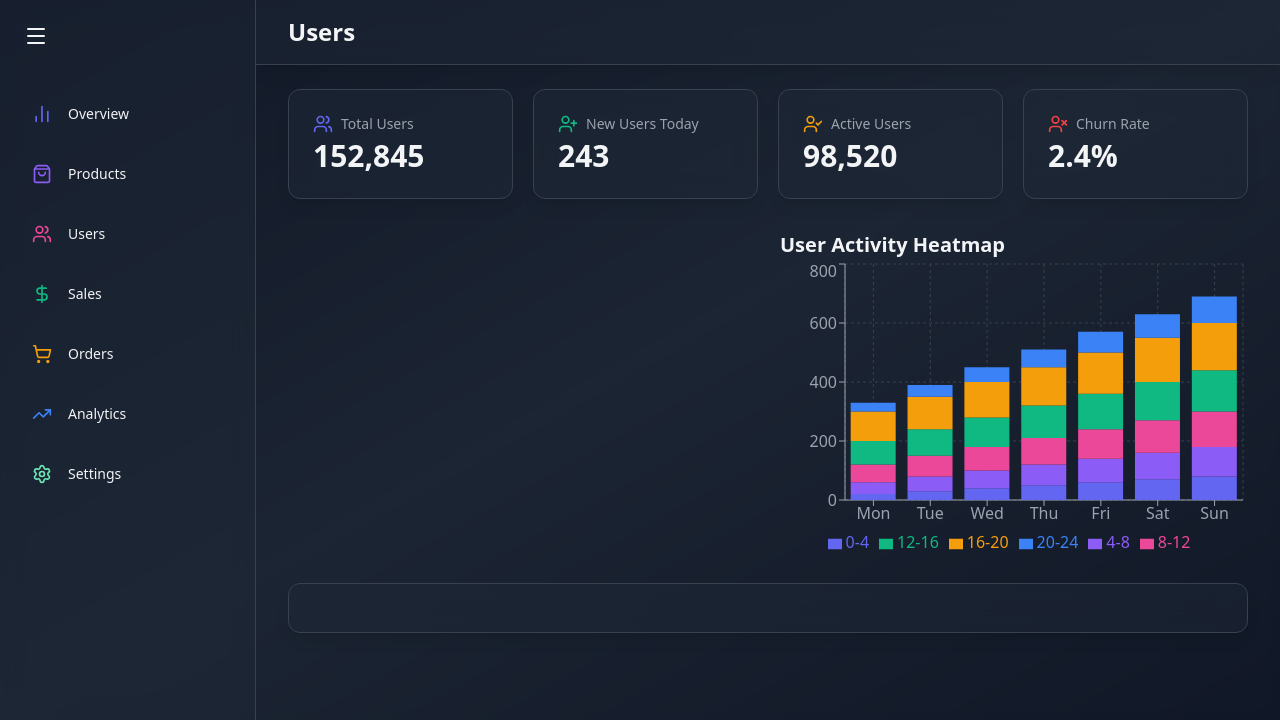
Repository: Abdirabi11/React-dashboard
Page: /users
These files come from the project's save history. The page is drawn as it stood at one moment and after the next save; the edit follows.
The browser window is 1280 px wide. The pictures show the whole page.
An inner scrolling area shows only its first screen. The project was rebuilt for these pictures with package versions that can differ from the ones it lists, and the page was loaded fresh each time. Also part of the build but not shown: vite.config.js, src/components/overview/SalesOverviewChart.jsx, src/components/overview/CategoryDistributionChart.jsx, src/components/overview/SalesChannelChart.jsx, src/pages/OverviewPage.jsx, src/components/products/SalesTrendChart.jsx, src/components/products/ProductsTable.jsx, src/pages/ProductsPage.jsx and 4 more.

Above is the page before, as saved 2025-07-18 21:09:52.

### src/components/common/Sidebar.jsx
import { BarChart2, DollarSign, Menu, Settings, ShoppingBag, ShoppingCart, TrendingUp, Users } from "lucide-react";
import { useState } from "react";
import { AnimatePresence, motion } from "framer-motion";
import { Link } from "react-router-dom";

const SIDEBAR_ITEMS = [
	{
		name: "Overview",
		icon: BarChart2,
		color: "#6366f1",
		href: "/",
	},
	{ name: "Products", icon: ShoppingBag, color: "#8B5CF6", href: "/products" },
	{ name: "Users", icon: Users, color: "#EC4899", href: "/users" },
	{ name: "Sales", icon: DollarSign, color: "#10B981", href: "/sales" },
	{ name: "Orders", icon: ShoppingCart, color: "#F59E0B", href: "/orders" },
	{ name: "Analytics", icon: TrendingUp, color: "#3B82F6", href: "/analytics" },
	{ name: "Settings", icon: Settings, color: "#6EE7B7", href: "/settings" },
];

const Sidebar = () => {
	const [isSidebarOpen, setIsSidebarOpen] = useState(true);

	return (
		<motion.div
			className={`relative z-10 transition-all duration-300 ease-in-out flex-shrink-0 ${
				isSidebarOpen ? "w-64" : "w-20"
			}`}
			animate={{ width: isSidebarOpen ? 256 : 80 }}
		>
			<div className='h-full bg-gray-800 bg-opacity-50 backdrop-blur-md p-4 flex flex-col border-r border-gray-700'>
				<motion.button
					whileHover={{ scale: 1.1 }}
					whileTap={{ scale: 0.9 }}
					onClick={() => setIsSidebarOpen(!isSidebarOpen)}
					className='p-2 rounded-full hover:bg-gray-700 transition-colors max-w-fit'
				>
					<Menu size={24} />
				</motion.button>

				<nav className='mt-8 flex-grow'>
					{SIDEBAR_ITEMS.map((item) => (
						<Link key={item.href} to={item.href}>
							<motion.div className='flex items-center p-4 text-sm font-medium rounded-lg hover:bg-gray-700 transition-colors mb-2'>
								<item.icon size={20} style={{ color: item.color, minWidth: "20px" }} />
								<AnimatePresence>
									{isSidebarOpen && (
										<motion.span
											className='ml-4 whitespace-nowrap'
											initial={{ opacity: 0, width: 0 }}
											animate={{ opacity: 1, width: "auto" }}
											exit={{ opacity: 0, width: 0 }}
											transition={{ duration: 0.2, delay: 0.3 }}
										>
											{item.name}
										</motion.span>
									)}
								</AnimatePresence>
							</motion.div>
						</Link>
					))}
				</nav>
			</div>
		</motion.div>
	);
};
export default Sidebar;

### src/pages/UsersPage.jsx
import { motion } from "framer-motion";
import { UserCheck, UserPlus, UsersIcon, UserX } from "lucide-react";
import Header from "../components/common/Header";
import StatCard from "../components/common/StatCard";
import UserActivityHeatmap from "../components/users/UserActivityHeatmap";
import UserDemographicsChart from "../components/users/UserDemographicsChart";
import UserGrowthChart from "../components/users/UserGrowthChart";
import UsersTable from "../components/users/UsersTable";

const userStats = {
	totalUsers: 152845,
	newUsersToday: 243,
	activeUsers: 98520,
	churnRate: "2.4%",
};

const UsersPage = () => {
	return (
		<div className="flex-1 overflow-auto relative z-10">
			<Header title='Users'/>
			<main className="max-w-7xl mx-auto py-6 px-4 lg:px-8">
				<motion.div
				 className="grid grid-cols-1 gap-5 sm:grid-cols-2 lg:grid-cols-4 mb-8"
				 initial={{ opacity: 0, y: 20 }}
				 animate={{ opacity: 1, y: 0 }}
				 transition={{ duration: 1 }}
				>
					<StatCard
					 name='Total Users'
					 icon={UsersIcon}
					 value={userStats.totalUsers.toLocaleString()}
					 color='#6366F1'
					/>
					<StatCard name='New Users Today' icon={UserPlus} value={userStats.newUsersToday} color='#10B981' />
					<StatCard
						name='Active Users'
						icon={UserCheck}
						value={userStats.activeUsers.toLocaleString()}
						color='#F59E0B'
					/>
					<StatCard name='Churn Rate' icon={UserX} value={userStats.churnRate} color='#EF4444' />
				</motion.div>
				<UsersTable />
				<div className='grid grid-cols-1 lg:grid-cols-2 gap-6 mt-8'>
					<UserGrowthChart />
					<UserActivityHeatmap />
					<UserDemographicsChart />
				</div>
			</main>
		</div>
	);
};
export default UsersPage;

### src/components/users/UserActivityHeatmap.jsx
import { Bar, BarChart, CartesianGrid, Legend, ResponsiveContainer, Tooltip, XAxis, YAxis } from "recharts";
import { motion } from "framer-motion";

const userActivityData = [
	{ name: "Mon", "0-4": 20, "4-8": 40, "8-12": 60, "12-16": 80, "16-20": 100, "20-24": 30 },
	{ name: "Tue", "0-4": 30, "4-8": 50, "8-12": 70, "12-16": 90, "16-20": 110, "20-24": 40 },
	{ name: "Wed", "0-4": 40, "4-8": 60, "8-12": 80, "12-16": 100, "16-20": 120, "20-24": 50 },
	{ name: "Thu", "0-4": 50, "4-8": 70, "8-12": 90, "12-16": 110, "16-20": 130, "20-24": 60 },
	{ name: "Fri", "0-4": 60, "4-8": 80, "8-12": 100, "12-16": 120, "16-20": 140, "20-24": 70 },
	{ name: "Sat", "0-4": 70, "4-8": 90, "8-12": 110, "12-16": 130, "16-20": 150, "20-24": 80 },
	{ name: "Sun", "0-4": 80, "4-8": 100, "8-12": 120, "12-16": 140, "16-20": 160, "20-24": 90 },
];


const UserActivityHeatmap = () => {
  return (
    <motion.div>
        <h2 className="text-xl font-semibold text-gray-100 mb-4'"> User Activity Heatmap </h2>
        <div style={{ width: "100%", height: 300 }}>
            <ResponsiveContainer>
                <BarChart data={userActivityData}>
                    <CartesianGrid strokeDasharray='3 3' stroke='#374151' />
                    <XAxis dataKey='name' stroke='#9CA3AF' />
					<YAxis stroke='#9CA3AF' />
                    <Tooltip
                        contentStyle={{
                            backgroundColor: "rgba(31, 41, 55, 0.8)",
                            borderColor: "#4B5563",
                        }}
                        itemStyle={{ color: "#E5E7EB" }}
                    />
                    <Legend />
                    <Bar dataKey='0-4' stackId='a' fill='#6366F1' />
                    <Bar dataKey='4-8' stackId='a' fill='#8B5CF6' />
                    <Bar dataKey='8-12' stackId='a' fill='#EC4899' />
					<Bar dataKey='12-16' stackId='a' fill='#10B981' />
                    <Bar dataKey='16-20' stackId='a' fill='#F59E0B' />
					<Bar dataKey='20-24' stackId='a' fill='#3B82F6' />
                </BarChart>
            </ResponsiveContainer>
        </div>
    </motion.div>
  )
}

export default UserActivityHeatmap

### src/components/users/UserDemographicsChart.jsx
import { motion } from "framer-motion";
import { PieChart, Pie, Cell, ResponsiveContainer, Tooltip, Legend } from "recharts";


const COLORS = ["#8884d8", "#82ca9d", "#ffc658", "#ff8042", "#0088FE"];

const userDemographicsData = [
	{ name: "18-24", value: 20 },
	{ name: "25-34", value: 30 },
	{ name: "35-44", value: 25 },
	{ name: "45-54", value: 15 },
	{ name: "55+", value: 10 },
];

const UserDemographicsChart = () => {
  return (
    <motion.div
        className='bg-gray-800 bg-opacity-50 backdrop-blur-md shadow-lg rounded-xl p-6 border border-gray-700 lg:col-span-2'
        initial={{ opacity: 0, y: 20 }}
        animate={{ opacity: 1, y: 0 }}
        transition={{ delay: 0.5 }}
    >

    </motion.div>
  )
}

export default UserDemographicsChart

### src/components/users/UserGrowthChart.jsx
import React from 'react'

const UserGrowthChart = () => {
  return (
    <div>

    </div>
  )
}

export default UserGrowthChart

### src/components/users/UsersTable.jsx
import React from 'react'

const UsersTable = () => {
  return (
    <div>

    </div>
  )
}

export default UsersTable

Loaded but not shown: index.html (common file); src/main.jsx (common file); src/App.jsx (common file); src/index.css (common file); src/components/common/Header.jsx (common file); src/components/common/StatCard.jsx (common file); tailwind.config.js (common file)

After the next save:
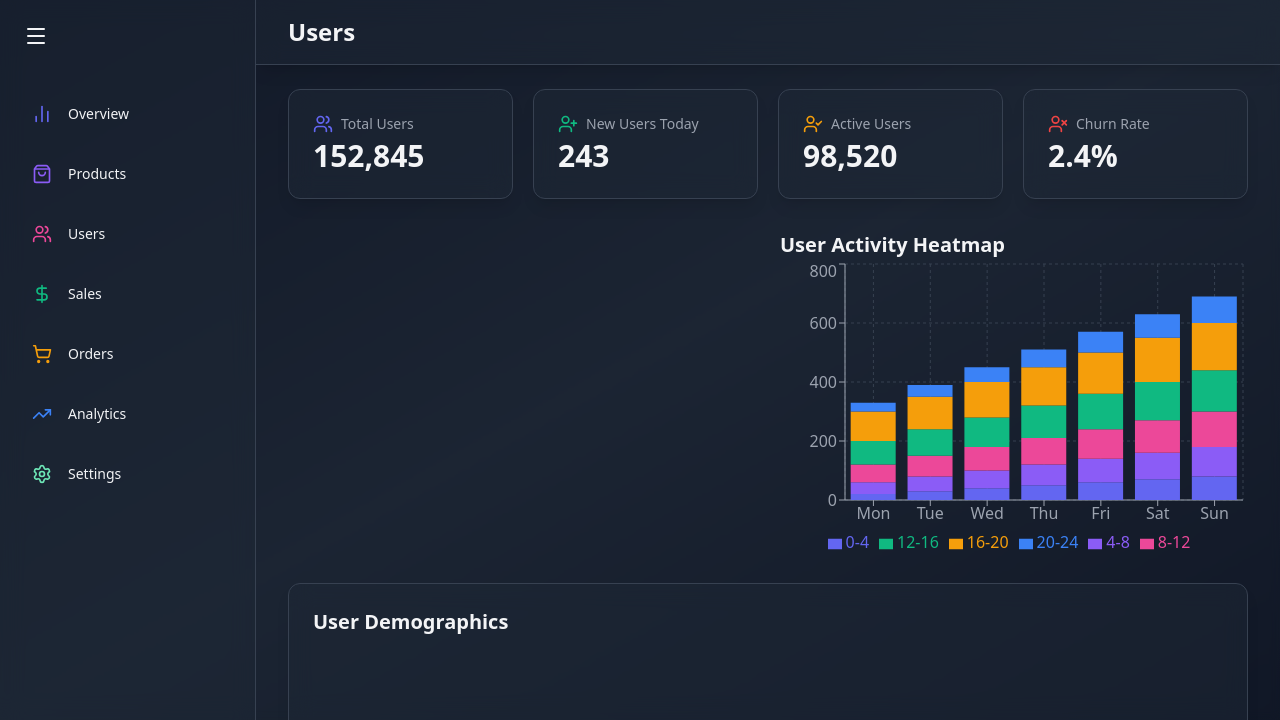
Saved 9 s later.
--- a/src/components/users/UserDemographicsChart.jsx
+++ b/src/components/users/UserDemographicsChart.jsx
@@ -20,7 +20,10 @@ const UserDemographicsChart = () => {
         animate={{ opacity: 1, y: 0 }}
         transition={{ delay: 0.5 }}
     >
+      <h2 className='text-xl font-semibold text-gray-100 mb-4'>User Demographics</h2>
+		<div style={{ width: "100%", height: 300 }}>
 
+        </div>
     </motion.div>
   )
 }
